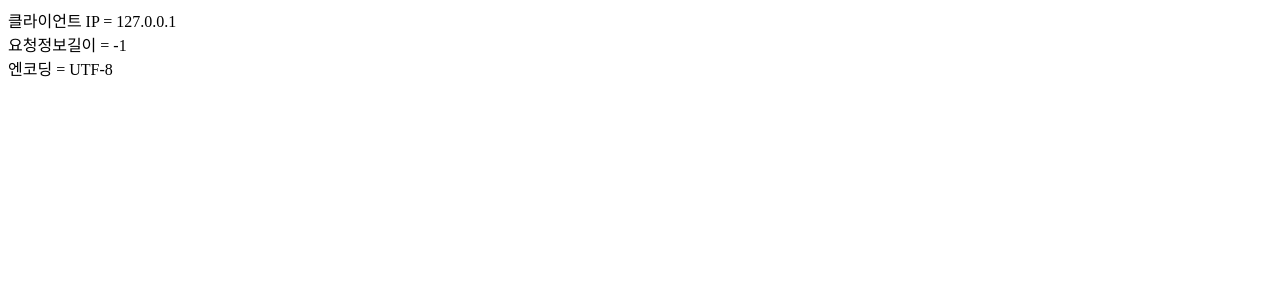
Repository: xo461/test
Page: http://localhost/ch03jsp/requestInfo.jsp
The author's editor kept a copy of each file at every save. The page is drawn from the files as they stood at one save, then again after the next save.
The browser window is 1280 px wide. The pictures show the whole page.
The page is served by Tomcat 9.

Above is the page before, as saved 2019-11-13 01:47:14.

After the next save:
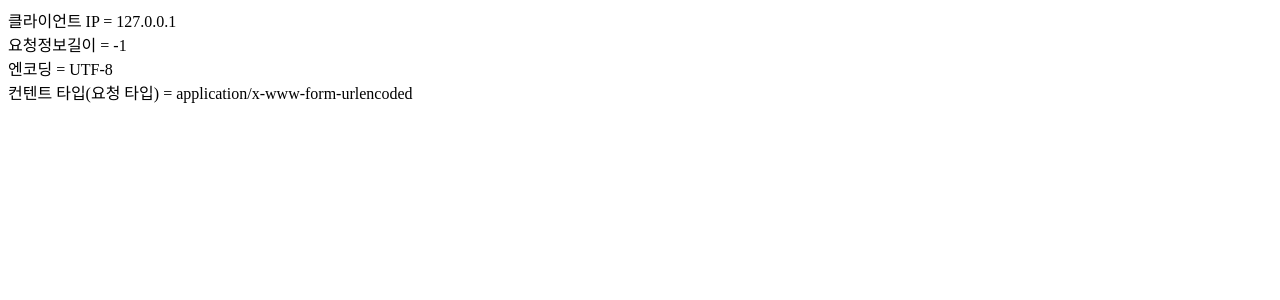
Saved 39 s later.
--- a/jsp/ch03jsp/WebContent/requestInfo.jsp
+++ b/jsp/ch03jsp/WebContent/requestInfo.jsp
@@ -14,5 +14,6 @@
 <!-- 한글처리 utf-8 -->
 <% request.setCharacterEncoding("utf-8"); %>
 엔코딩 = <%= request.getCharacterEncoding() %><br/>
+컨텐트 타입(요청 타입) = <%= request.getContentType() %><br/>
 </body>
 </html>
